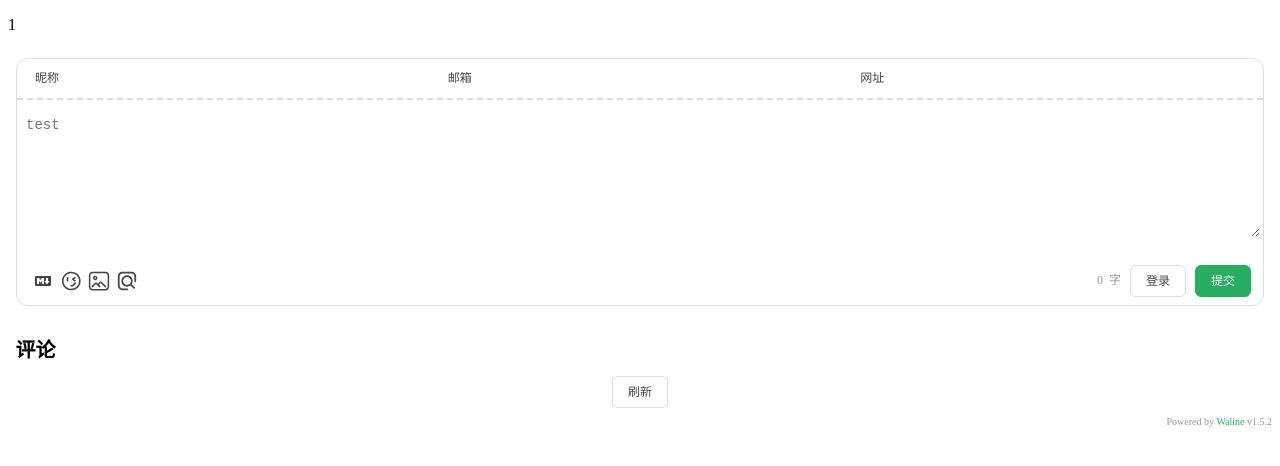
Repository: StarunneR/one-page
Page: 404.html
These files come from the project's save history. The page is drawn as it stood at one moment and after the next save; the edit follows.
The browser window is 1280 px wide. The pictures show the whole page.
The page's requests for data from a server got no answer.

Above is the page before, as saved 2022-01-07 12:04:06.

After the next save:
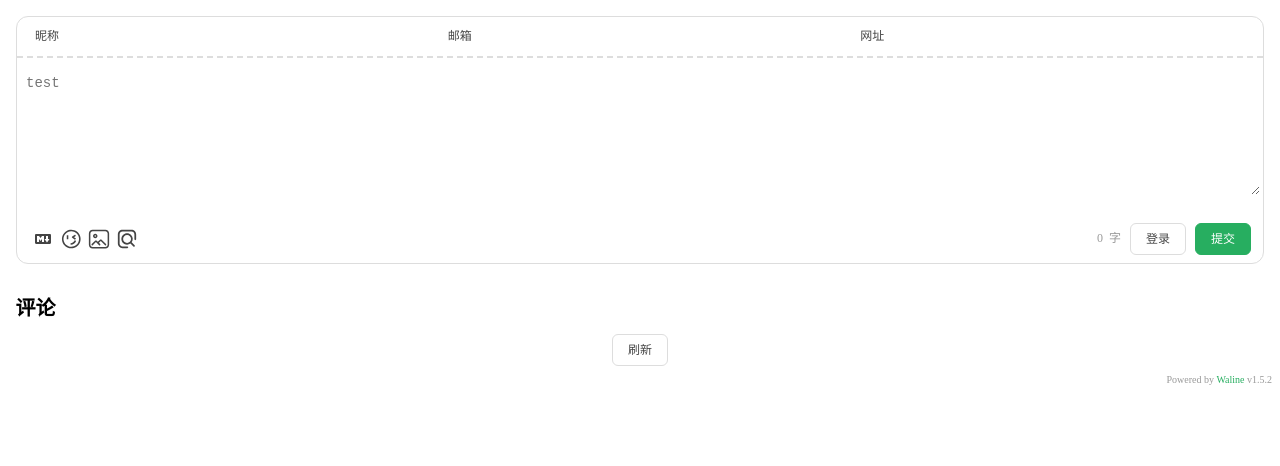
Saved 8 min 42 s later.
--- a/404.html
+++ b/404.html
@@ -9,7 +9,6 @@
 </head>
 
 <body>
-    <p>1</p>
     <div id="waline"></div>
     <!doctype html>
     <html lang="zh">
